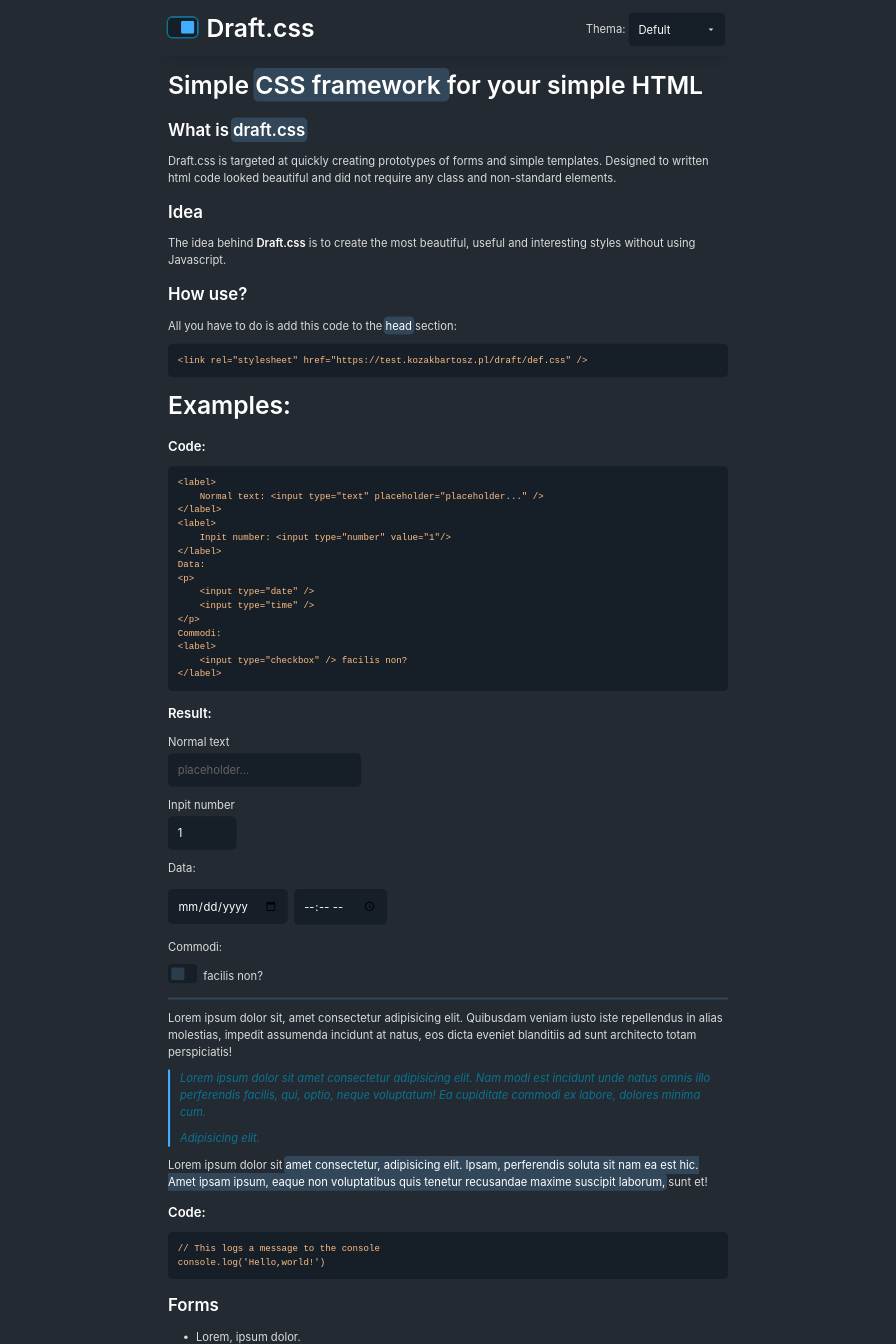
Repository: KozakBartosz/Draft
Page: index.html
The author's editor kept a copy of each file at every save. The page is drawn from the files as they stood at one save, then again after the next save.
The browser window is 1280 px wide. The pictures show the part of the page from y = 0 to 1920 px (the page is 6247 px tall before and 6236 px after), at 70% of full size.

Above is the page before, as saved 2019-04-12 13:55:17.

### index.html
<!DOCTYPE html>
<html lang="en">
	<head>
		<meta charset="UTF-8" />
		<meta name="viewport" content="width=device-width, initial-scale=1.0" />
		<meta http-equiv="X-UA-Compatible" content="ie=edge" />
		<title>Draft.css</title>
		<link rel="stylesheet" href="draft.css" />
	</head>
	<body style="--sticky: calc(var(--mainpaddng) * 2 + 52px);">
		<header>
			<div style="float: right">
				Thema:
				<select name="" id="changethema">
					<option value="0">Defult</option>
					<option value="1">Defult mini</option>
					<option value="2">Light</option>
					<option value="3">Blood</option>
					<option value="4">Matrix</option>
				</select>
			</div>
			<h1 style="margin-bottom: 0">
				<input type="checkbox" checked="checked" /> Draft.css
			</h1>
		</header>
		<h1>
			Simple
			<mark>
				CSS framework
			</mark>
			for your simple HTML
		</h1>
		<h2>What is <mark>draft.css</mark></h2>
		<p>
			Draft.css is targeted at quickly creating prototypes of forms and
			simple templates. Designed to written html code looked beautiful and
			did not require any class and non-standard elements.
		</p>

		<h2>Idea</h2>
		<p>
			The idea behind <strong>Draft.css</strong> is to create the most
			beautiful, useful and interesting styles without using Javascript.
		</p>
		<h2>How use?</h2>
		<p>
			All you have to do is add this code to the
			<mark>head</mark> section:
		</p>

		<pre><code>&lt;link rel="stylesheet" href="https://test.kozakbartosz.pl/draft/def.css" /&gt;</code></pre>

		<h1>Examples:</h1>

		<h3>Code:</h3>

		<pre><code>&lt;label&gt;<br />&nbsp; &nbsp; Normal text: &lt;input type="text" placeholder="placeholder..." /&gt;<br />&lt;/label&gt;<br />&lt;label&gt;<br />&nbsp; &nbsp; Inpit number: &lt;input type="number" value="1"/&gt;<br />&lt;/label&gt;<br />Data:<br />&lt;p&gt;<br />&nbsp; &nbsp; &lt;input type="date" /&gt;<br />&nbsp; &nbsp; &lt;input type="time" /&gt;<br />&lt;/p&gt;<br />Commodi:<br />&lt;label&gt;<br />&nbsp; &nbsp; &lt;input type="checkbox" /&gt; facilis non?<br />&lt;/label&gt;</code></pre>
		<h3>Result:</h3>
		<label>
			Normal text
			<input type="text" placeholder="placeholder..." />
		</label>
		<label>
			Inpit number
			<input type="number" value="1" />
		</label>
		Data:
		<p>
			<input type="date" />
			<input type="time" />
		</p>
		Commodi:
		<label> <input type="checkbox" /> facilis non? </label>

		<hr />

		<p>
			Lorem ipsum dolor sit, amet consectetur adipisicing elit. Quibusdam
			veniam iusto iste repellendus in alias molestias, impedit assumenda
			incidunt at natus, eos dicta eveniet blanditiis ad sunt architecto
			totam perspiciatis!
		</p>

		<cite>
			<p>
				Lorem ipsum dolor sit amet consectetur adipisicing elit. Nam
				modi est incidunt unde natus omnis illo perferendis facilis,
				qui, optio, neque voluptatum! Ea cupiditate commodi ex labore,
				dolores minima cum.
			</p>
			<p>Adipisicing elit.</p>
		</cite>

		<p>
			Lorem ipsum dolor sit
			<mark
				>amet consectetur, adipisicing elit. Ipsam, perferendis soluta
				sit nam ea est hic. Amet ipsam ipsum, eaque non voluptatibus
				quis tenetur recusandae maxime suscipit laborum,</mark
			>
			sunt et!
		</p>

		<h3>Code:</h3>
		<pre><code>// This logs a message to the console<br />console.log('Hello,world!')</code></pre>

		<h2>Forms</h2>

		<ul>
			<li>Lorem, ipsum dolor.</li>
			<li>Commodi, aut ipsa.</li>
			<li>Dignissimos, quibusdam nobis?</li>
			<li>Quae, in praesentium.</li>
			<li>Aut, facilis non?</li>
		</ul>
		<ol>
			<li>Lorem, ipsum dolor.</li>
			<li>Commodi, aut ipsa.</li>
			<li>Dignissimos, quibusdam nobis?</li>
			<li>Quae, in praesentium.</li>
			<li>Aut, facilis non?</li>
		</ol>
		<textarea
			name="about"
			id="about"
			placeholder="I am a textarea..."
			rows="6"
		></textarea>
		<h2>Lorem ipsum dolor sit amet.</h2>
		<label>
			Normal text
			<input type="text" />
		</label>
		<label>
			Inpit number <input type="number" / value="1">
		</label>
		Date:
		<p>
			<input type="date" />
			<input type="time" />
		</p>
		<label>
			Nazwa:
			<select name="" id="">
				<option value="">Wybierz</option>
				<option value="">Fuga aut vero</option>
				<option value="">veritatis accusamus</option>
				<option value="">quam</option>
			</select>
		</label>
		<label>
			Nazwa:
			<select name="" id="" multiple>
				<option value="">consectetur adipisicing</option>
				<option value="">Nemo nihil unde</option>
				<option value="">animi mollitia</option>
				<option value="">dolor sit amet</option>
			</select>
		</label>

		<h2>Simple table</h2>

		<table>
			<tr>
				<th>lorem</th>
				<th>lorem</th>
				<th>lorem</th>
			</tr>
			<tr>
				<td>lorem</td>
				<td>lorem</td>
				<td>lorem</td>
			</tr>
			<tr>
				<td>lorem</td>
				<td>lorem</td>
				<td>lorem</td>
			</tr>
		</table>

		<h2>Adv table</h2>
		<p>
			When we added the <code>&lt;thead&gt;</code> and
			<code>&lt;tbody&gt;</code> table has
			<code>table-layout: fixed</code> and
			<code>position: sticky</code> for thead
		</p>

		<table>
			<thead>
				<tr>
					<th width="5%">#</th>
					<th>Kod</th>
					<th>Nazwa</th>
					<th>Opis</th>
					<th width="120px"></th>
				</tr>
			</thead>
			<tbody>
				<tr>
					<td width="5%">1</td>
					<td><code>EDG-651</code></td>
					<td>Lorem ipsum dolor</td>
					<td>
						Lorem ipsum dolor sit amet, consectetur adipisicing
						elitdolor sitamet
					</td>
					<td width="120px" style="text-align: right;">
						<input type="checkbox" />
					</td>
				</tr>
				<tr>
					<td width="5%">2</td>
					<td><code>EDG-652</code></td>
					<td>Lorem ipsum dolor</td>
					<td>
						Lorem ipsum dolor sit amet, consectetur adipisicing
						elitdolor sitamet
					</td>
					<td width="120px" style="text-align: right;">
						<input type="checkbox" />
					</td>
				</tr>
				<tr>
					<td width="5%">3</td>
					<td><code>EDX-652*</code></td>
					<td>Lorem ipsum dolor</td>
					<td>
						Lorem ipsum dolor sit amet, consectetur adipisicing
						elitdolor sitamet
					</td>
					<td width="120px" style="text-align: right;">
						<input type="checkbox" />
					</td>
				</tr>
				<tr>
					<td width="5%">5</td>
					<td><code>EDD-655</code></td>
					<td>Lorem ipsum dolor</td>
					<td>
						Lorem ipsum dolor sit amet, consectetur adipisicing
						elitdolor sitamet
					</td>
					<td width="120px" style="text-align: right;">
						<input type="checkbox" />
					</td>
				</tr>
			</tbody>
			<tfoot>
				<tr>
					<td colspan="4">Lorem ipsum doreta: <b>3</b></td>
					<td width="120px"><button>Remove</button></td>
				</tr>
			</tfoot>
		</table>

		<h3>Checkbox</h3>
		<label> <input type="checkbox" /> Ale ma kota </label>

		<label> <input type="checkbox" /> Ale ma kota2 </label>

		<label> <input type="checkbox" /> Ale ma kota3 </label>

		<h3>Radio</h3>
		<label> <input type="radio" name="radio" /> Ale ma kota </label>
		<label> <input type="radio" name="radio" /> Ale ma kota2 </label>
		<label> <input type="radio" name="radio" /> Ale ma kota3 </label>

		<hr />

		<h2>Search</h2>

		<fieldset class="search">
			<legend>Szukaj</legend>
			<form action="produkty,szukaj" method="get">
				<input
					type="text"
					name="q"
					placeholder="Wpisz czego szukasz..."
				/>
				<button>Szukaj</button>
			</form>
		</fieldset>

		<h2>Change button color by html</h2>

		<h2>Code</h2>
		<pre><code>&lt;button&gt;Exit&lt;/button&gt;<br>&lt;button style="--button: #7e1616; --buttonhover: #b40d0d;"&gt;
	Ok<br>&lt;/button&gt;</code></pre>

		<h3>result</h3>
		<button>Exit</button>
		<button style="--button: #7e1616; --buttonhover: #b40d0d;">
			Ok
		</button>

		<h2>Details</h2>

		<details>
			<summary>Szczypta detali</summary>
			<p>Informacje szczegółowe na dany temat.</p>
		</details>

		<details open>
			<summary>Jeszcze wiecej szczegółów</summary>
			<p>Tu jest jeszcze wiecej informacji szczegółowych</p>
		</details>

		<details>
			<summary>Jeszcze wiecej szczegółów</summary>
			<p>
				Lorem ipsum dolor sit amet consectetur adipisicing elit. Minima
				fugiat explicabo assumenda ducimus nobis aliquid esse, ad ab
				sapiente officiis repellat et, nisi atque itaque autem ut
				architecto tempore consequatur.
			</p>
		</details>

		<h2>Real Form</h2>

		<details>
			<summary>Jeszcze wiecej szczegółów</summary>
			<p>
				Lorem ipsum dolor sit amet consectetur adipisicing elit. Minima
				fugiat explicabo assumenda ducimus nobis aliquid esse, ad ab
				sapiente officiis repellat et, nisi atque itaque autem ut
				architecto tempore consequatur.
			</p>
		</details>

		<form>
			<label for="email">Email</label>
			<input
				type="email"
				name="email"
				required=""
				id="email"
				value=""
				placeholder="john.doe@gmail.com"
			/>
			<label for="text">Text</label>
			<input
				type="text"
				name="email"
				required=""
				id="text"
				value=""
				placeholder="john.doe@gmail.com"
			/>

			<label for="id">User id (read only)</label>
			<input readonly="" name="id" id="id" value="04D6H89Z" />

			<label for="disabled">Random disabled input</label>
			<input
				disabled=""
				name="disabled"
				id="disabled"
				placeholder="Because why not?"
			/>

			<label for="about">About me</label>

			<input type="checkbox" name="remember" id="remember" checked="" />
			<label for="remember">Remember me</label>

			<input type="submit" />
		</form>

		<p>
			<strong>Lorem ipsum</strong> dolor sit,
			<a href="">amet consectetur adipisicing</a> elit.
			<i>Hic nobis</i> atque eligendi voluptatum doloribus rem praesentium
			veniam quo delectus explicabo, architecto ipsam ipsa unde vitae
			excepturi iusto nesciunt placeat ducimus.
		</p>
		<p>
			Lorem ipsum dolor sit amet consectetur adipisicing elit. Enim saepe
			quisquam delectus accusantium nam recusandae obcaecati ullam, non
			neque <a href="">commodi modi tempore </a>magni magnam. Tenetur
			officiis mollitia facere libero sint.
		</p>
		<h4>Lorem ipsum dolor sit amet.</h4>
		<p>
			Lorem ipsum dolor, sit amet consectetur adipisicing elit. Possimus,
			vero quibusdam. Rerum libero nihil aspernatur, ipsam vel voluptatem
			inventore quasi. Odit, sapiente? Delectus beatae laudantium sapiente
			cupiditate et libero? Corrupti.
		</p>

		<button>Send</button>
		<script>
			var themes = [
				[
					{ brand: "#41adff" },
					{ mainbg: "#232a31" },
					{ mainpaddng: "14px" },
					{ radius: "7px" },

					{ low: "#161f27" },
					{ like: "#2b3c4b" },
					{ midi: "#324759" },
					{ hight: "#0b7392" },

					{ text: "#dbdbdb" },
					{ textContrast: "#fff" },

					{ code: "#ffbe85" },

					{ button: "#2b3c4a" },
					{ buttonhover: "#334a5e" },
					{ buttontext: "#fff" },

					{ fillhover: "#1b2731" }
				],
				[
					{ brand: "#41adff" },
					{ mainbg: "#232a31" },
					{ mainpaddng: "12px" },
					{ radius: "12px" },

					{ low: "#161f27" },
					{ like: "#2b3c4b" },
					{ midi: "#324759" },
					{ hight: "#0b7392" },

					{ text: "#dbdbdb" },
					{ textContrast: "#fff" },

					{ code: "#ffbe85" },

					{ button: "#2b3c4a" },
					{ buttonhover: "#334a5e" },
					{ buttontext: "#fff" },

					{ fillhover: "#1b2731" }
				],
				[
					{ brand: "#41adff" },
					{ mainbg: "#ffffff" },
					{ mainpaddng: "14px" },
					{ radius: "7px" },

					{ low: "#e8f1fa" },
					{ like: "#cfe2f7" },
					{ midi: "#b2cee7" },
					{ hight: "#1db5e4" },

					{ text: "#3f4646" },
					{ textContrast: "#1a1f1f" },

					{ code: "#20595f" },

					{ button: "#3dcca1" },
					{ buttonhover: "#34e0ad" },
					{ buttontext: "#fff" },

					{ fillhover: "#e8f5ff" }
				],
				[
					{ mainpaddng: "18px" },
					{ radius: "3px" },
					{ brand: "#c21a1a" },
					{ mainbg: "#312323" },

					{ code: "#ffbe85" },

					{ text: "#dbdbdb" },
					{ textContrast: "#fff" },

					{ button: "#4a2b2b" },
					{ buttonhover: "#5e3333" },
					{ buttontext: "#fff" },

					{ fillhover: "#311b1b" },

					{ low: "#271616" },
					{ like: "#4b2b2b" },
					{ midi: "#593232" },
					{ hight: "#800f0f" }
				],
				[
					{ mainpaddng: "11px" },
					{ radius: "13px" },
					{ brand: "#1ac260" },
					{ mainbg: "#233126" },

					{ code: "#c0ff85" },

					{ text: "#dbdbdb" },
					{ textContrast: "#fff" },

					{ button: "#324a2b" },
					{ buttonhover: "#385e33" },
					{ buttontext: "#fff" },

					{ fillhover: "#1b3122" },

					{ low: "#162717" },
					{ like: "#2b4b2e" },
					{ midi: "#32593f" },
					{ hight: "#0f803a" }
				]
			];

			let changethema = document.getElementById("changethema");
			let root = document.documentElement;
			changethema.addEventListener("change", e => {
				console.log(e);
				var theme = themes[e.target.value];
				theme.forEach(element => {
					var k = Object.keys(element)[0];
					root.style.setProperty("--" + k, element[k]);
				});
			});
		</script>
	</body>
</html>

### draft.css
/* TO DO */
/* <details> */
:root {
	--brand: #41adff;
	--mainbg: #232a31;
	--mainpaddng: 14px;
	--radius: 7px;

	--low: #161f27;
	--like: #2b3c4b;
	--midi: #324759;
	--hight: #0b7392;

	--text: #dbdbdb;
	--textContrast: #fff;

	--code: #ffbe85;

	--button: #2b3c4a;
	--buttonhover: #334a5e;
	--buttontext: #fff;

	--fillhover: #1b2731;

	--sticky: 0px;
}
/*
:root {
	--brand: #41adff;
	--mainbg: #ffffff;
	--mainpaddng: 14px;
	--radius: 7px;

	--low: #e8f1fa;
	--like: #cfe2f7;
	--midi: #b2cee7;
	--hight: #1db5e4;

	--text: #3f4646;
	--textContrast: #1a1f1f;

	--code: #20595f;

	--button: #3dcca1;
	--buttonhover: #34e0ad;
	--buttontext: #fff;

	--fillhover: #e8f5ff;
} */

/* :root {
	--mainpaddng: 18px;
	--radius: 3px;
	--brand: #c21a1a;
	--mainbg: #312323;

	--code: #ffbe85;

	--text: #dbdbdb;
	--textContrast: #fff;

	--button: #4a2b2b;
	--buttonhover: #5e3333;
	--buttontext: #fff;

	--fillhover: #311b1b;

	--low: #271616;
	--like: #4b2b2b;
	--midi: #593232;
	--hight: #800f0f;
} */

/* :root {
	--mainpaddng: 11px;
	--radius: 13px;
	--brand: #1ac260;
	--mainbg: #233126;

	--code: #c0ff85;

	--text: #dbdbdb;
	--textContrast: #fff;

	--button: #324a2b;
	--buttonhover: #385e33;
	--buttontext: #fff;

	--fillhover: #1b3122;

	--low: #162717;
	--like: #2b4b2e;
	--midi: #32593f;
	--hight: #0f803a;
} */
body {
	font-family: -apple-system, BlinkMacSystemFont, "Segoe UI", "Roboto",
		"Oxygen", "Ubuntu", "Cantarell", "Fira Sans", "Droid Sans",
		"Helvetica Neue", sans-serif;
	line-height: 1.5;
	max-width: 800px;
	margin: 0px auto var(--mainpaddng);
	padding: 0 var(--mainpaddng);
	color: var(--text);
	background: var(--mainbg);
	text-rendering: optimizeLegibility;
}

label {
	display: block;
}
a,
a:active,
button,
button:active,
input,
input:active,
textarea,
details,
summary,
th,
td {
	outline: none;
	box-shadow: none;
	transition: background-color 0.2s ease, box-shadow 0.2s ease,
		transform 0.2s ease;
}
h1 {
	font-size: 2.2em;
	margin-top: 0;
}
h1,
h2,
h3,
h4,
h5,
h6 {
	margin-bottom: 12px;
}
h1,
h2,
h3,
h4,
h5,
h6,
strong {
	color: var(--textContrast);
	font-weight: 600;
}
button,
input[type="submit"],
input[type="button"],
input[type="checkbox"],
input[type="radio"] {
	cursor: pointer;
	display: inline-block;
}

input,
select,
button,
textarea {
	/* display: block; */
	color: var(--textContrast);
	background-color: var(--low);
	font-family: inherit;
	font-size: inherit;
	margin: 4px 4px 6px 0;
	padding: var(--mainpaddng);
	border: none;
	border-radius: var(--radius);
	outline: none;
	-webkit-appearance: none;
	vertical-align: middle;
}
input[type="number"] {
	max-width: calc(var(--mainpaddng) * 5);
}

button:hover,
input:hover,
select:hover,
textarea:hover,
textarea:hover {
	background-color: var(--fillhover);
}

label > input,
label > select {
	display: block;
}

textarea {
	margin-right: 0;
	width: 100%;
	box-sizing: border-box;
	resize: vertical;
}
button,
input[type="submit"],
input[type="button"] {
	color: var(--buttontext);
	background-color: var(--button);
	padding: var(--mainpaddng) calc(var(--mainpaddng) * 2);
}

select:not([multiple]) {
	padding-right: calc(var(--mainpaddng) * 3);
	background: var(--low)
		url("data:[embedded picture, 198 characters]")
		100% 50%/27px 7px no-repeat;
}

/* input:not([value=""]):invalid,
select:not([value=""]):invalid,
textarea:not([value=""]):invalid {
	box-shadow: 0 0 0 2px darkred;
} */

input:focus,
select:focus,
button:focus,
textarea:focus {
	background-color: var(--fillhover);
	box-shadow: 0 0 0 2px var(--hight);
}

button:focus,
input[type="submit"]:focus,
input[type="button"]:focus {
	background-color: var(--buttonhover);
}

button:hover,
input[type="submit"]:hover,
input[type="button"]:hover {
	background-color: var(--buttonhover);
	box-shadow: 0 5px 20px -5px rgba(0, 0, 0, 0.35), 0 3px 0 0 var(--button);
	transform: translateY(-3px);
}
button:active,
input[type="submit"]:active,
input[type="button"]:active {
	transform: translateY(0px);
	box-shadow: 0 5px 20px -5px rgba(0, 0, 0, 0.35);
}

input:disabled {
	cursor: not-allowed;
	opacity: 0.5;
}

input[type="radio"],
input[type="checkbox"] {
	margin-top: -2px;
	transition: background-color 0.25s ease,
		box-shadow 0.25s cubic-bezier(0.53, 1.59, 0.51, 1);
}
input[type="checkbox"] {
	background-color: var(--like);
	width: calc(var(--mainpaddng) * 3);
	box-shadow: calc(var(--mainpaddng) * -1) 0 0 calc(var(--mainpaddng) / 3)
			var(--low) inset,
		0 0 0 calc(var(--mainpaddng) / 3) var(--low) inset;
}
input[type="checkbox"]:hover,
input[type="radio"]:hover {
	background-color: var(--midi);
}
input[type="checkbox"]:focus {
	box-shadow: calc(var(--mainpaddng) * -1) 0 0 calc(var(--mainpaddng) / 3)
			var(--low) inset,
		0 0 0 calc(var(--mainpaddng) / 3) var(--low) inset,
		0 0 0 2px var(--hight);
}

input[type="radio"] {
	border-radius: 100%;
	box-shadow: 0 0 0 calc(var(--mainpaddng) / 2) var(--low) inset;
}
input[type="checkbox"]:checked,
input[type="radio"]:checked {
	box-shadow: 0 0 0 calc(var(--mainpaddng) / 3) var(--low) inset,
		0 0 0 2px var(--hight), 0 0 0 1px var(--low);
	background-color: var(--brand);
}

input[type="checkbox"]:checked {
	box-shadow: var(--mainpaddng) 0 0 calc(var(--mainpaddng) / 3) var(--low)
			inset,
		0 0 0 calc(var(--mainpaddng) / 3) var(--low) inset,
		0 0 0 2px var(--hight);
}

::placeholder {
	color: #636363;
}
a {
	text-decoration: none;
	color: var(--hight);
}
a:hover {
	text-decoration: underline;
	color: var(--brand);
}

mark {
	background: linear-gradient(var(--brand), var(--brand)) 50% 100%/100% 40%
		no-repeat;
	background: var(--midi);
	padding: 3px;
	margin: -3px;
	/* text-shadow: 1px 1px 1px var(--mainbg), -1px 1px 1px var(--mainbg),
		0px 1px 1px var(--mainbg); */
	color: var(--textContrast);
	border-radius: var(--radius);
}

ul,
ol,
label,
code,
p {
	margin: var(--mainpaddng) 0;
}

code,
kbd {
	background: var(--low);
	color: var(--code);
	padding: 4px;
	border-radius: var(--radius);
}

cite,
q {
	display: block;
	margin: var(--mainpaddng) 0;
	color: var(--hight);
	/* border-radius: var(--radius); */
	padding: 0 var(--mainpaddng);
	border-left: 3px solid var(--brand);
}

/* pre {
	margin: 0 calc(var(--mainpaddng) * -1);
} */
pre > code {
	display: block;
	overflow-x: auto;
	padding: var(--mainpaddng);
}
img {
	max-width: 100%;
}
hr {
	margin: var(--mainpaddng) 0;
	border: none;
	height: 3px;
	border-radius: calc(var(--radius) / 6);
	background: var(--midi);
}
fieldset {
	border: 3px solid var(--midi);
	border-radius: var(--radius);
}
fieldset > legend {
	font-weight: 600;
	color: var(--textContrast);
	padding: calc(var(--mainpaddng) / 2) calc(var(--mainpaddng));
}

details {
	padding: var(--mainpaddng);
	border-radius: var(--radius);
	padding-bottom: calc(var(--mainpaddng) + var(--radius));
	background: var(--low);
}

details:last-of-type {
	padding-bottom: var(--mainpaddng);
}

details + details {
	margin-top: calc(var(--radius) * -1);
	border-top: 1px solid var(--mainbg);
	border-radius: 0 0 var(--radius) var(--radius);
}

details[open],
details:hover:not([open]) {
	background: var(--like);
	z-index: 1;
}
details summary {
	cursor: pointer;
	margin: calc(var(--mainpaddng) * -1);
	padding: var(--mainpaddng);
}

table {
	/* display: block; */
	/* overflow-x: auto; */
	/* border-collapse: collapse; */
	margin: var(--mainpaddng) -1px;
	width: calc(100% + 2px);
	border-spacing: 1px;
	position: relative;
}
tbody,
tfoot,
thead {
	border-radius: calc(var(--radius) + 2px);
	overflow: hidden;
	background: var(--mainbg);
	table-layout: fixed;
	position: relative;
	z-index: 0;
	display: table;
	width: calc(100% + 2px);
}

header,
thead {
	background: var(--mainbg);
	position: sticky;
	top: var(--sticky);
	z-index: 5;
	box-shadow: 0px 12px 15px -15px rgba(0, 0, 0, 0.35);
}
header {
	z-index: 10;
	top: 0px;
	display: block;
	padding: var(--mainpaddng);
	margin: 0 calc(var(--mainpaddng) * -1) var(--mainpaddng);
}
td,
th {
	padding: var(--mainpaddng);
	background: var(--low);
}
th {
	color: var(--textContrast);
}
tr:hover td {
	background-color: var(--fillhover);
}

After the next save:
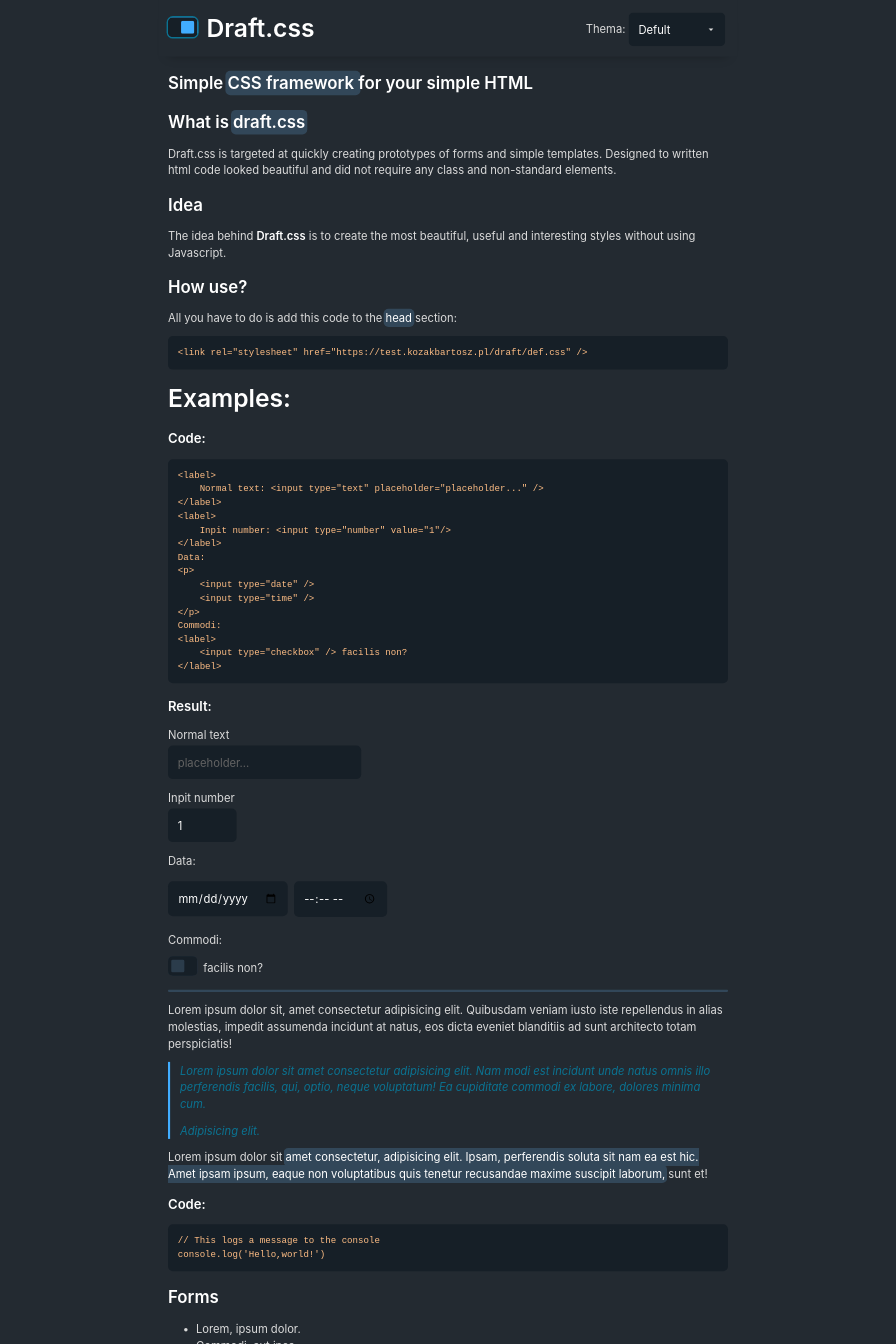
Saved 15 s later.
--- a/index.html
+++ b/index.html
@@ -23,13 +23,13 @@
 				<input type="checkbox" checked="checked" /> Draft.css
 			</h1>
 		</header>
-		<h1>
+		<h2>
 			Simple
 			<mark>
 				CSS framework
 			</mark>
 			for your simple HTML
-		</h1>
+		</h2>
 		<h2>What is <mark>draft.css</mark></h2>
 		<p>
 			Draft.css is targeted at quickly creating prototypes of forms and
